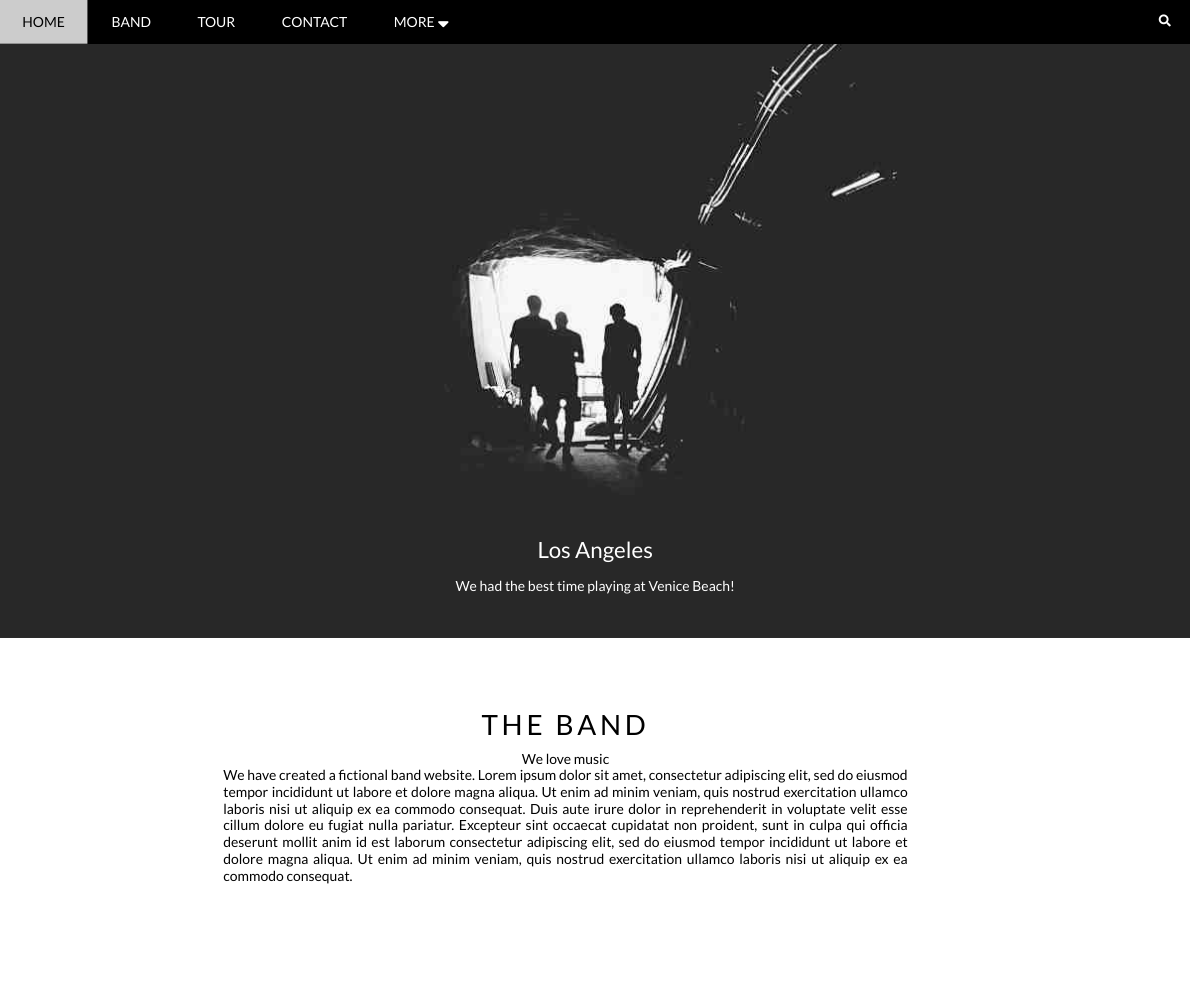
Repository: nguyenthaicong265/w3-band
Page: index.html
An editor plug-in stored every save of this project. The page is shown before and after the next save, followed by the edit.
The browser window is 1280 px wide. The pictures show the whole page, at 93% of full size.

Above is the page before, as saved 2021-12-28 16:44:01.

### index.html
<!DOCTYPE html>
<html lang="en">
<head>
    <meta charset="UTF-8">
    <meta http-equiv="X-UA-Compatible" content="IE=edge">
    <meta name="viewport" content="width=device-width, initial-scale=1.0">
    <title>Document</title>
    <link rel="stylesheet" href="./assets/css/styles.css">
    <link rel="stylesheet" href="https://fonts.googleapis.com/css?family=Lato">
    <link rel="stylesheet" href="./assets/font/themify-icons-font/themify-icons/themify-icons.css">
    <link rel="stylesheet" href="./assets/font/fontawesome-free-5.15.4-web/css/all.css">
</head>
<body>
    <div id="main">
        <div id="header">
            <ul id="nav">
                <li><a href="">Home</a></li>
                <li><a href="">Band</a></li>
                <li><a href="">Tour</a></li>
                <li><a href="">Contact</a></li>
                <li>
                    <a href="#">
                        More
                        <i class="fas fa-sort-down"></i>
                    </a>
                    <ul class="subnav">
                        <li><a href="#">Merchandise</a></li>
                        <li><a href="#">Extras</a></li>
                        <li><a href="#">Media</a></li>
                    </ul>
                </li>
            </ul>
            <div class="search-button">
                <i class="fas fa-search"></i>
            </div>
        </div>

        <div id="slider">
            <div class="text-content">
                <h2 class="text-head">Los Angeles
                </h2>
                <div class="text-description">We had the best time playing at Venice Beach!
                </div>
            </div>
        </div>

        <div id="content">
            <div class="content-section">
                <h2 class="section-heading">
                THE BAND
                </h2>
                <p class="section-sub-heading">
                We love music
                </p>
                <p class="about-text">We have created a fictional band website. Lorem ipsum dolor sit amet, consectetur adipiscing elit, sed do eiusmod tempor incididunt ut labore et dolore magna aliqua. Ut enim ad minim veniam, quis nostrud exercitation ullamco laboris nisi ut aliquip ex ea commodo consequat. Duis aute irure dolor in reprehenderit in voluptate velit esse cillum dolore eu fugiat nulla pariatur. Excepteur sint occaecat cupidatat non proident, sunt in culpa qui officia deserunt mollit anim id est laborum consectetur adipiscing elit, sed do eiusmod tempor incididunt ut labore et dolore magna aliqua. Ut enim ad minim veniam, quis nostrud exercitation ullamco laboris nisi ut aliquip ex ea commodo consequat.
                </p>

            </div>

            <div class="content-section">

            </div>

            <div class="content-section">

            </div>
        </div>

        <div id="footer">

        </div>
    </div>
</body>
</html>

### assets/css/styles.css
/* Reset CSS */
* {
    padding: 0;
    margin: 0;
    box-sizing: border-box;
}

html {
    font-family: "Lato", sans-serif;
    font-size: 62.5%;
}

#main {

}

#header {
    position: fixed;
    top: 0;
    left: 0;
    right: 0;
    height: 46.5px;
    background-color: #000000;
    z-index: 1;
}

#header .search-button {
    float: right;
    padding: 0 21px;
}

#header .search-button:hover {
    cursor: pointer;
    background-color: #f44336!important;
}

#header .fa-search {
    color: #ffffff;
    font-size: 13px;
    line-height: 46px;
}

#nav, .subnav {
    display: inline-block;
    list-style-type: none;
}

#nav > li {
    display: inline-block;
}

#nav li {
    position: relative;
}

#nav > li > a {
    color: #ffffff;
    text-transform: uppercase;
}

#nav li a {
    text-decoration: none;
    line-height: 46.5px;
    padding: 0px 24px;
    font-size: 1.5rem;
    display: block;
}

#nav .fa-sort-down {
    font-size: 20px;
}

#nav li:hover .subnav {
    display: block;

}

#nav > li:hover > a,
#nav .subnav li:hover a {
    color: #000 !important;
    background-color: #ccc !important;
}

#nav .subnav {
    display: none;
    position: absolute;
    min-width: 160px;
    top: 46.5px;
    background-color: #ffffff;
    box-shadow: 0 0 10px rgba(0, 0, 0, 0.3);
}

#nav .subnav a {
    color: #000;
    padding: 0 12px;
    line-height: 38px;
}

#slider {
    position: relative;
    margin-top: 46px;
    padding-top: 50%;
    background: url(/assets/img/slider/slider1.jpg) top center / cover no-repeat;
}

#slider .text-content {
    position: absolute;
    color:#ffffff;
    bottom: 48px;
    width: 100%;
    text-align: center;
}

#slider .text-head {
    font-weight: 100;
    font-size: 24px;
    margin-bottom: 10px;
}
#slider .text-description {
    font-size: 15px;
    margin-top: 15px;
}

#content {

}

#content .content-section {
    width: 800px;
    margin-left: auto;
    margin-right: auto;
    padding: 64px 64px 0 0 ;

}

#content .section-heading {
    font-size: 30px;
    font-weight: 500;
    letter-spacing: 4px;
    text-align: center;
    margin-top: 10px;
    margin-bottom: 10px;
}

#content .section-sub-heading {
    font-size: 15px;
    text-align: center;
    margin-top: 5px;
}

#content .about-text {
    text-align: justify;
    font-size: 15px;
}

#footer {

}

Loaded but not shown: assets/font/themify-icons-font/themify-icons/themify-icons.css (common file); assets/font/fontawesome-free-5.15.4-web/css/all.css (library)

After the next save:
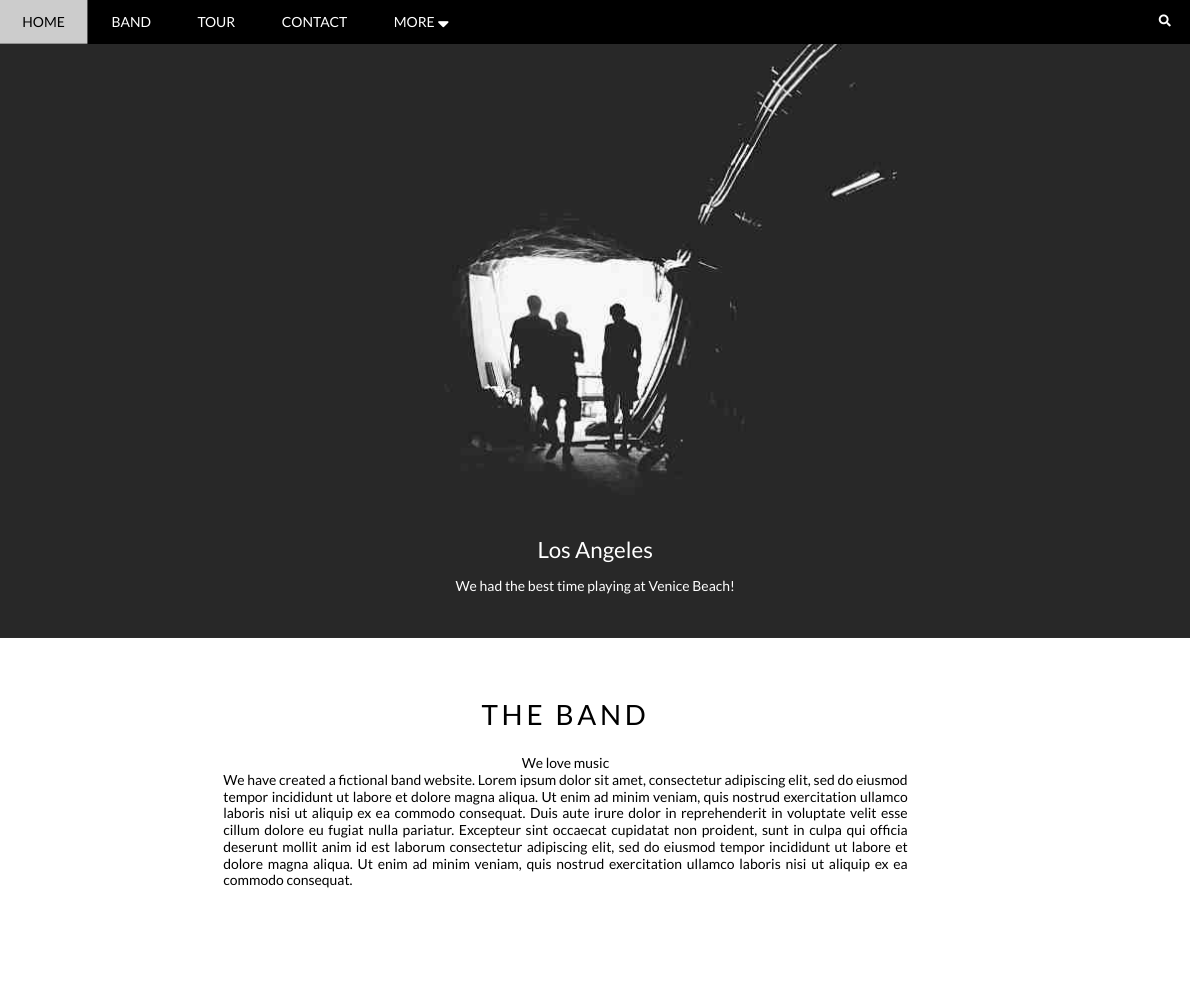
Saved 41 s later.
--- a/assets/css/styles.css
+++ b/assets/css/styles.css
@@ -138,14 +138,12 @@ html {
     font-weight: 500;
     letter-spacing: 4px;
     text-align: center;
-    margin-top: 10px;
-    margin-bottom: 10px;
 }
 
 #content .section-sub-heading {
     font-size: 15px;
     text-align: center;
-    margin-top: 5px;
+    margin-top: 25px;
 }
 
 #content .about-text {
